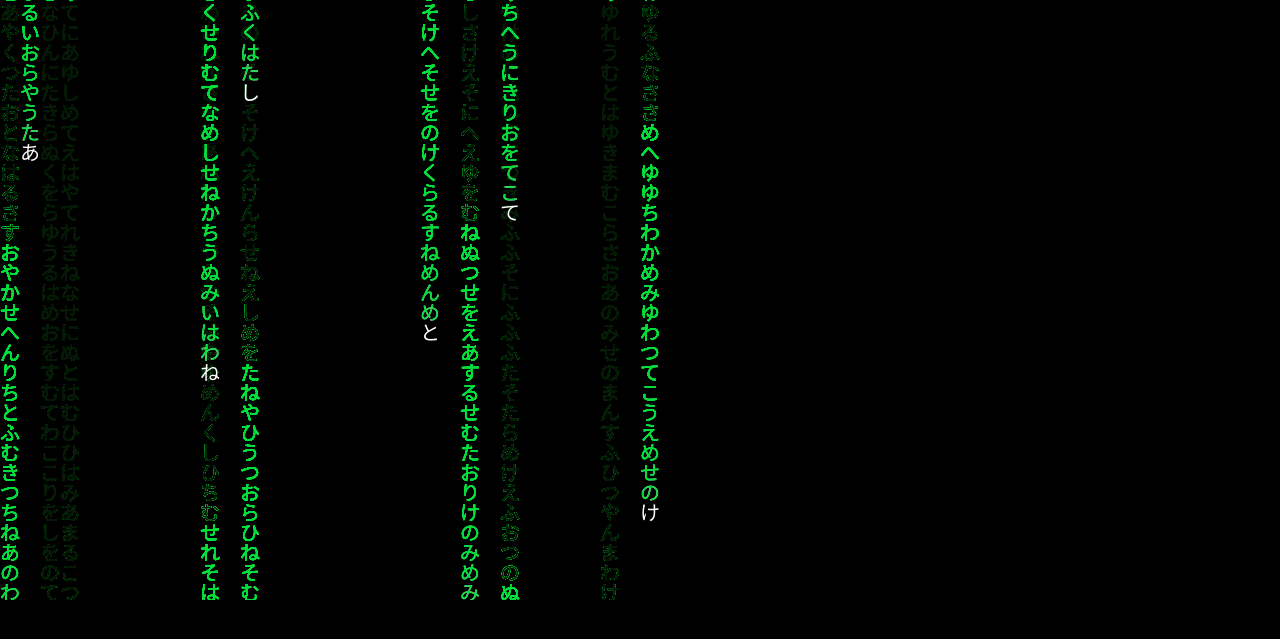
Repository: superdids/DAT152
Page: http://localhost/DigitalRain/
These files come from the project's save history. The page is drawn as it stood at one moment and after the next save; the edit follows.
The browser window is 1280 px wide. The pictures show the whole page.
The page is served by Tomcat 9.

Above is the page before, as saved 2015-08-31 11:47:55.

After the next save:
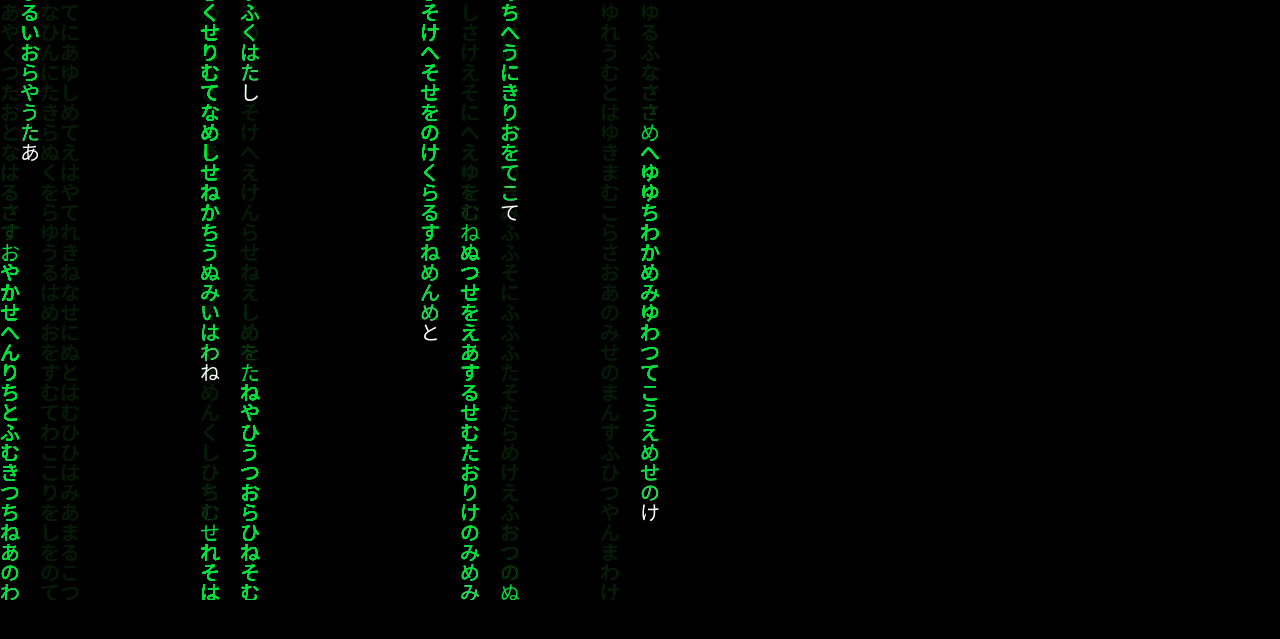
Saved 7 s later.
--- a/DigitalRain/WebContent/js/digitalRain.js
+++ b/DigitalRain/WebContent/js/digitalRain.js
@@ -15,10 +15,10 @@
 		if(rand(200) > 198 || drops[x] > 0) {
 			toDim[x][drops[x]]  = symbols[rand(symbols.length)];
 
-//			if(drops[x] - len >= 0) {
-//				ctx.fillStyle = "black";
-//				ctx.clearRect(x*fontSize, (drops[x]-len)*fontSize, fontSize, fontSize);
-//			}
+			if(drops[x] - len >= 0) {
+				ctx.fillStyle = "black";
+				ctx.clearRect(x*fontSize, (drops[x]-len)*fontSize, fontSize, fontSize);
+			}
 
 			ctx.fillStyle = "#01DF3A";
 			for(var y = 1; y < len; y++) {
